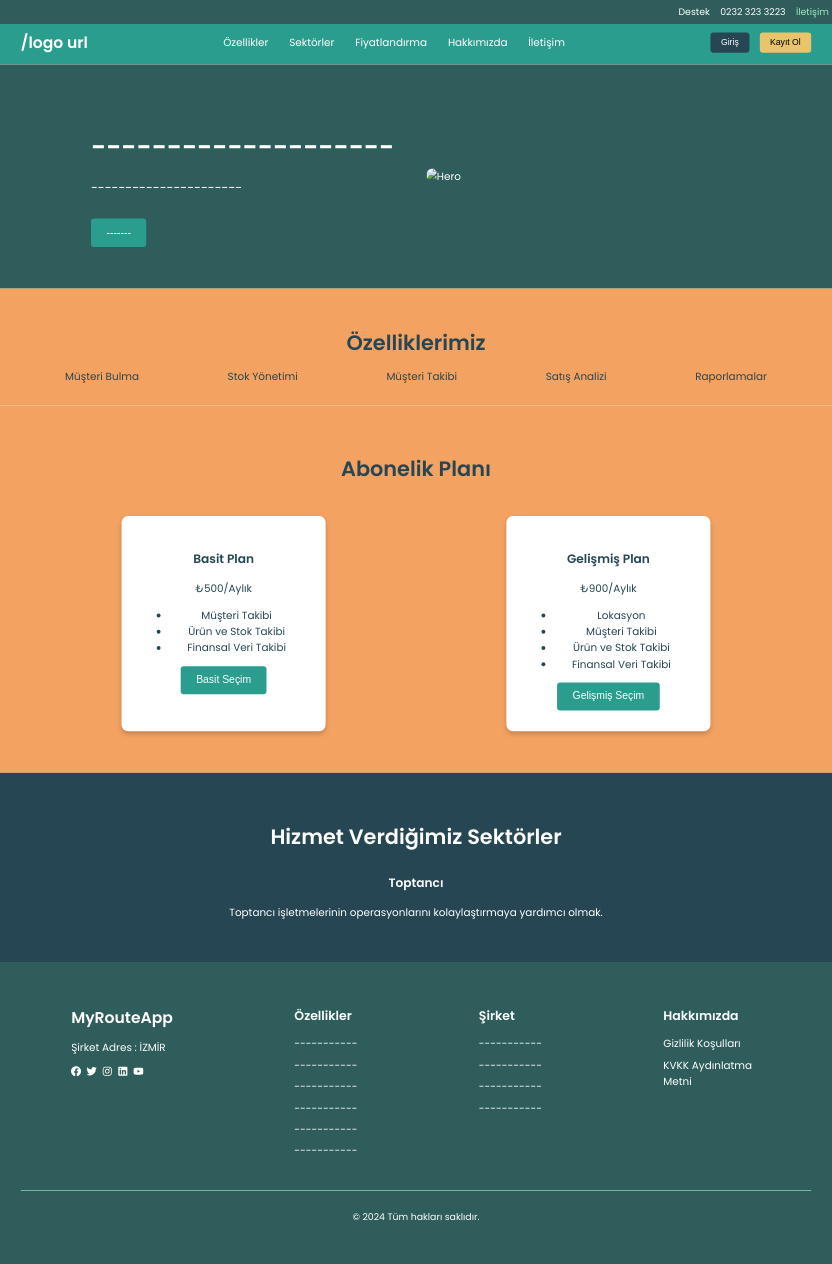
Repository: senolinanyasar/myrouteapplication
Page: /
An editor plug-in stored every save of this project. The page is shown before and after the next save, followed by the edit.
The browser window is 1280 px wide. The pictures show the whole page, at 65% of full size.
The project was rebuilt for these pictures with package versions that can differ from the ones it lists, and the page was loaded fresh each time. Also part of the build but not shown: vite.config.js.

Above is the page before, as saved 2024-11-14 19:48:20.

### src/index.css
@import url('https://fonts.googleapis.com/css2?family=Poppins:wght@400;600&display=swap');

body {
  font-family: 'Poppins', sans-serif;
  color: #264653;
  background-color: #f1faee;
  margin: 0;
  padding: 0;
  box-sizing: border-box;
}

code {
  font-family: source-code-pro, Menlo, Monaco, Consolas, 'Courier New',
    monospace;
}

### src/App.js
import React from 'react';
import HomePage from './components/HomePage';

function App() {
  return (
    <div className="App">
      <HomePage/>
    </div>
  );
}

export default App;

### src/components/HomePage.js
// HomePage.js
import React from 'react';
import TopBar from './TopBar';
import Header from './Header';
import HeroSection from './HeroSection';
import FeaturesSection from './FeaturesSection';
import PricingSection from './PricingSection';
import IndustriesSection from './IndustriesSection';
import Footer from './Footer';

const HomePage = () => {
    return (
        <div>
            <TopBar />
            <Header />
            <HeroSection />
            <FeaturesSection />
            <PricingSection />
            <IndustriesSection />
            <Footer />
        </div>
    );
};

export default HomePage;

### src/components/TopBar.js
// TopBar.js
import React from 'react';
import './TopBar.css';

const TopBar = () => {
    return (
        <div className="top-bar">
            <div className="top-bar-content">
                <span>Destek</span>
                <span>0232 323 3223</span>
                <a href="#contact">İletişim</a>
            </div>
        </div>
    );
};

export default TopBar;

### src/components/Header.js
// Header.js
import React from 'react';
import './Header.css';

const Header = () => {
    return(
        <header className="header">
            <div className="header-logo">/logo url</div>
            <nav className="header-nav">
                <a href="#features">Özellikler</a>
                <a href="#industries">Sektörler</a>
                <a href="#pricing">Fiyatlandırma</a>
                <a href="#about">Hakkımızda</a>
                <a href='#contact'>İletişim</a>
            </nav>
            <div className="header-buttons">
                <button className="login-button">Giriş</button>
                <button className="register-button">Kayıt Ol</button>
            </div>
        </header>
    );
};


export default Header;

### src/components/HeroSection.js
// HeroSection.js
import React from 'react';
import './HeroSection.css';

const HeroSection = () =>{
    return(
        <section className="hero">
            <div className='hero-content'>
                <div className='hero-text'>
                    <h1>--------------------</h1>
                    <p>----------------------</p>
                    <button className='cta-button'>-------</button>
                </div>
                <div className='hero-image'>
                    <img src='' alt="Hero"/>
                </div>
            </div>
        </section>
    );
};

export default HeroSection;

### src/components/FeaturesSection.js
// FeaturesSection.js
import React from 'react';
import './FeaturesSection.css';

const FeaturesSection = () => {
    return (
        <section className="features">
            <h2>Özelliklerimiz</h2>
            <div className="features-list">
            <div className="feature-item">Müşteri Bulma</div>
            <div className="feature-item">Stok Yönetimi</div>
            <div className="feature-item">Müşteri Takibi</div>
            <div className="feature-item">Satış Analizi</div>
            <div className="feature-item">Raporlamalar</div>
            </div>
        </section>
    );
};

export default FeaturesSection;

### src/components/PricingSection.js
// PricingSection.js
import React from "react";
import './PricingSection.css';

const PricingSection = () => {
    return (
        <section className="pricing">
        <h2>Abonelik Planı</h2>
        <div className="pricing-cards">
          <div className="pricing-card">
            <h3>Basit Plan</h3>
            <p>₺500/Aylık</p>
            <ul>
              <li>Müşteri Takibi</li>
              <li>Ürün ve Stok Takibi</li>
              <li>Finansal Veri Takibi</li>
            </ul>
            <button className="cta-button">Basit Seçim</button>
          </div>
          <div className="pricing-card">
            <h3>Gelişmiş Plan</h3>
            <p>₺900/Aylık</p>
            <ul>
              <li>Lokasyon</li>
              <li>Müşteri Takibi</li>
              <li>Ürün ve Stok Takibi</li>
              <li>Finansal Veri Takibi</li>
            </ul>
            <button className="cta-button">Gelişmiş Seçim</button>
          </div>
          </div>
      </section>
    );
};

export default PricingSection;

### src/components/IndustriesSection.js
// IndustriesSection.js
import React from "react";
import './IndustriesSection.css';

const IndustriesSection = () => {
    return (
        <section className="industries">
            <h2>Hizmet Verdiğimiz Sektörler</h2>
            <div className="industry-cards">
                <div className="industry-card">
                    <h3>Toptancı</h3>
                    <p>Toptancı işletmelerinin operasyonlarını kolaylaştırmaya yardımcı olmak.</p>
                </div>
            </div>
        </section>
    );
};

export default IndustriesSection;

### src/components/Footer.js
// Footer.js

import React from 'react';
import './Footer.css';
import { FaFacebook, FaInstagram, FaLinkedin, FaTwitter, FaYoutube } from 'react-icons/fa';

const Footer = () => {
    return (
        <footer className="footer">
            <div className='footer-container'>
                {/* Logo ve Adres */}
                <div className='footer-logo-section'>
                    <h2 className='footer-logo'>MyRouteApp</h2>
                    <p>Şirket Adres : İZMİR</p>
                    <div className='social-icons'>
                        <FaFacebook />
                        <FaTwitter />
                        <FaInstagram />
                        <FaLinkedin />
                        <FaYoutube />
                    </div>
                </div>

                {/* Site Haritası */}
                <div className="footer-links">
                    <h3>Özellikler</h3>
                    <ul>
                        <li>-----------</li>
                        <li>-----------</li>
                        <li>-----------</li>
                        <li>-----------</li>
                        <li>-----------</li>
                        <li>-----------</li>
                    </ul>
                </div>

                <div className="footer-links">
                    <h3>Şirket</h3>
                    <ul>
                        <li>-----------</li>
                        <li>-----------</li>
                        <li>-----------</li>
                        <li>-----------</li>
                    </ul>
                </div>

                <div className="footer-links">
                    <h3>Hakkımızda</h3>
                    <ul>
                        <li>Gizlilik Koşulları</li>
                        <li>KVKK Aydınlatma Metni</li>
                    </ul>
                </div>
            </div>

            <div className="footer-bottom">
                <p>&copy; 2024 Tüm hakları saklıdır.</p>
            </div>
        </footer>
    );
};

export default Footer;

### src/components/TopBar.css
/* TopBar.css */

.top-bar {
    background-color: #2f5d5b;
    color: white;
    padding: 0.5rem;
    font-size: 0.9rem;
    display: flex;
    justify-content: center;
    position: fixed;
    top: 0;
    width: 99%;
    z-index: 1000;
}
.top-bar-content {
    display: flex;
    gap: 1rem;
    align-items: center;
    justify-content: flex-end;
    width: 100%;
}

.top-bar-content span{
    color: #ffffff;
}
.top-bar-content a{
    color: #9fe7c0;
    text-decoration: none;
    transition: color 0.3s;
}

.top-bar-content a:hover{
    color: #c3f2d0;
}

### src/components/Header.css
/* Header.css */
.header{
    display: flex;
    justify-content: space-between;
    align-items: center;
    padding: 1rem 2rem;
    background-color: #2a9d8f;
    color: white;
    margin-top: 2rem;
    position: sticky;
    top: 2rem;
    z-index: 999;
}


.header-logo {
    font-size: 1.5rem;
    font-weight: bold;
}
.header-nav a{
    margin: 0 1rem;
    color: white;
    text-decoration: none;
}
.header-nav a:hover {
    color: #e9c46a;
  }

.header-buttons button{
    margin-left: 1rem;
    padding: 0.5rem 1rem;
    border: none;
    border-radius: 5px;
}

.login-button{
    background-color: #264653;
    color: white;
}

.register-button{
    background-color: #e9c46a;
    color: black;
}

### src/components/HeroSection.css
.hero {
    padding: 4rem 2rem;
    background-color: #2f5d5b;
    color: white;

}

.hero-content {
    display: flex;
    align-items: center;
    justify-content: space-between;
    max-width: 1000px;
    margin: 0 auto;
}

.hero-text {
    flex: 1;
    margin-right: 2rem;
}

.hero h1 {
    font-size: 2.5rem;
    margin-bottom: 1rem;

}

.hero p {
    font-size: 1.2rem;
    margin-bottom: 2rem;

}

.cta-button {
    padding: 0.8rem 1.5rem;
    font-size: 1rem;
    color: #2f5d5b;
    background-color: #9fe7c0;
    border: none;
    border-radius: 5px;
    cursor: pointer;
    transition: background-color 0.3s ease;
}

.cta-button:hover {
    background-color: #c3f2d0;
}

.hero-image {
    flex: 1;
    max-width: 500px;
    height: auto;

}

.hero-image img {
    width: 100%;
    height: auto;
    object-fit: cover;
    border-radius: 10px;
}

### src/components/FeaturesSection.css
/* FeaturesSection.css */
.features {
    padding: 2rem;
    background-color: #f4a261;
    color: #264653;
    text-align: center;
}

.features h2 {
    font-size: 2rem;
    margin-bottom: 1rem;
}

.features-list {
    display: flex;
    justify-content: space-around;
    flex-wrap: wrap;
}

.features-item{
    background-color: white;
    padding: 1.5rem;
    margin: 1rem;
    border-radius: 10px;
    width: 200px;
    box-shadow: 0px 4px 8px rgba(0, 0, 0, 0.2);
    transition: transform 0.2s ease-in-out;
}

.features-item:hover{
    transform: translateY(-5px);
}

### src/components/PricingSection.css
/* PricingSection.css */

.pricing{
    padding: 3rem;
    background-color: #f4a261;
    color: #264653;
    text-align: center;
}

.pricing h2{
    font-size: 2rem;
    margin-bottom: 2rem;
}

.pricing-cards {
    display: flex;
    justify-content: space-around;
    flex-wrap: wrap;
}

.pricing-card {
    background-color: white;
    padding: 2rem;
    border-radius: 10px;
    width: 250px;
    margin: 1rem;
    box-shadow: 0px 4px 8px  rgba(0, 0, 0, 0.2);
    transition: transform 0.3s ease;
}

.pricing-card:hover{
    transform: scale(1.05);
}

.cta-button{
    padding: 0.8rem 1.5rem;
    font-size: 1rem;
    color: white;
    background-color: #2a9d8f;
    border: none;
    border-radius: 5px;
    cursor: pointer;
    transition: background-color 0.3s ease;
}

.cta-button:hover{
    background-color: #e76f51;
}

### src/components/IndustriesSection.css
/* IndustriesSection.css */

.industries {
    padding: 3rem;
    background-color: #264653;
    color: white;
    text-align: center;
}

.industries h2{
    font-size: 2rem;
    margin-bottom: 2rem;
}

.industries-cards{
    display: flex;
    justify-content: space-around;
    flex-wrap: wrap;
}

.industries-card{
    background-color: #2a9d8f;
    padding: 1.5rem;
    border-radius: 10px;
    width: 250px;
    margin: 1rem;
    box-shadow: 0px 4px 8px rgba(0, 0, 0, 0,2);
    transition: transform 0.3s ease;
}

.industries-card:hover{
    transform: translateY(-5px);
}

### src/components/Footer.css
/* Footer.css */

.footer {
    background-color: #2f5d5b;
    color: white;
    padding: 3rem 2rem;
}
.footer-container{
    display: flex;
    flex-wrap: wrap;
    justify-content: space-around;
    gap: 2rem;
}

.footer-logo-seciton{
    max-width: 200px;
}

.footer-logo{
    font-size: 1.5rem;
    margin-bottom: 1rem;
}
.footer-logo-seciton p{
    margin-bottom: 1rem;
}
.social-icons{
    display: flex;
    gap: 0.5rem;
}
.social-icons svg:hover{
    color: #9fe7c0;
}
.footer-links{
    max-width: 150px;
}
.footer-links h3{
    font-size: 1.2rem;
    margin-bottom: 1rem;
}
.footer-links ul{
    list-style: none;
    padding: 0;
}
.footer-links ul li {
    margin-bottom: 0.5rem;
    cursor: pointer;
    transition: color 0.3s;
}
.footer-links ul li:hover{
    color: #9fe7c0;
}

.footer-bottom {
    text-align: center;
    margin-top: 2rem;
    font-size: 0.9rem;
    border-top: 1px solid #9fe7c0;
    padding-top: 1rem;
}

Loaded but not shown: public/index.html (common file); src/index.js (common file); src/reportWebVitals.js (common file)

After the next save:
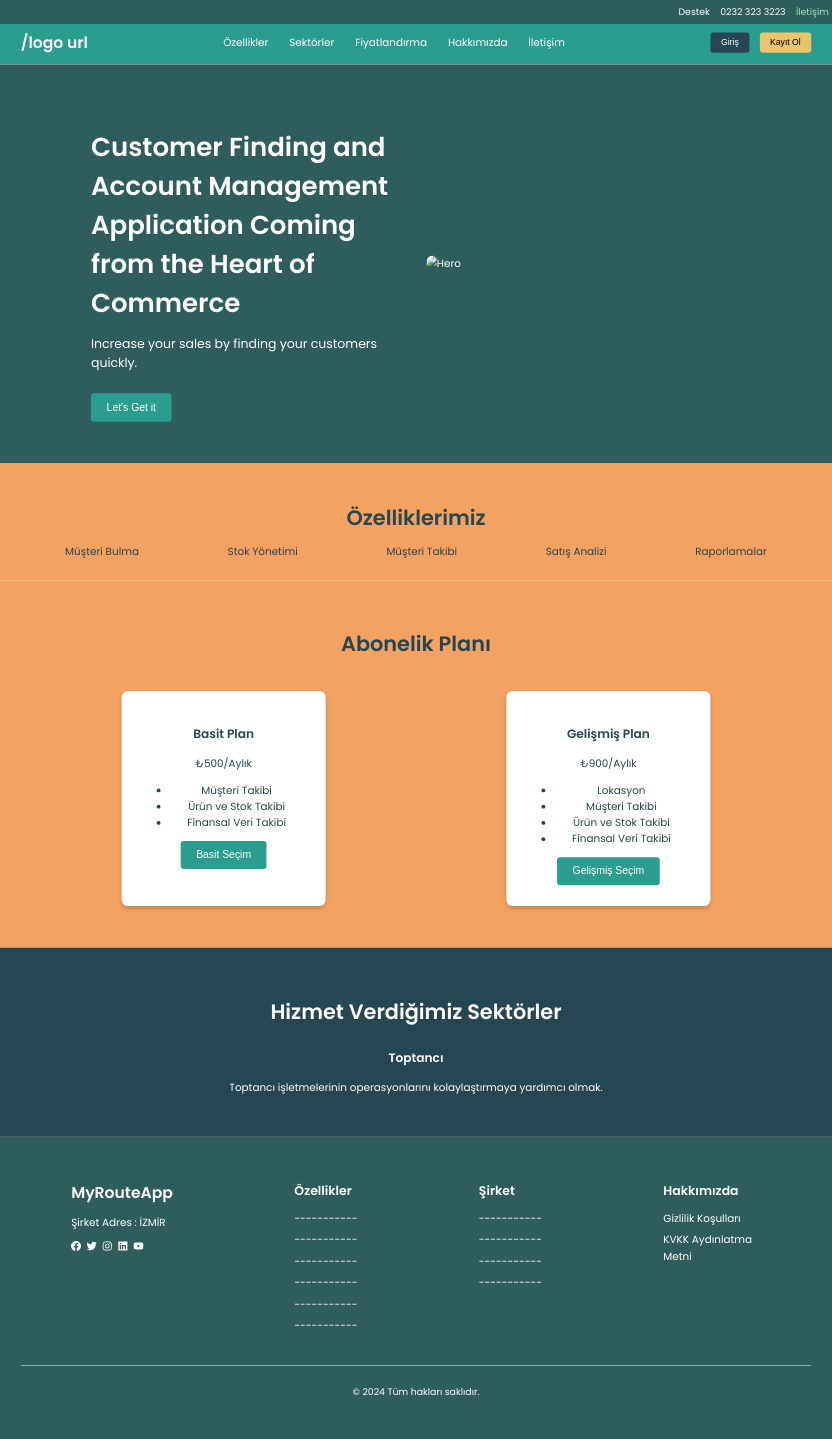
Saved 5 min 39 s later.
--- a/src/components/HeroSection.js
+++ b/src/components/HeroSection.js
@@ -7,9 +7,9 @@ const HeroSection = () =>{
         <section className="hero">
             <div className='hero-content'>
                 <div className='hero-text'>
-                    <h1>--------------------</h1>
-                    <p>----------------------</p>
-                    <button className='cta-button'>-------</button>
+                    <h1>Customer Finding and Account Management Application Coming from the Heart of Commerce</h1>
+                    <p>Increase your sales by finding your customers quickly.</p>
+                    <button className='cta-button'>Let's Get it</button>
                 </div>
                 <div className='hero-image'>
                     <img src='' alt="Hero"/>
